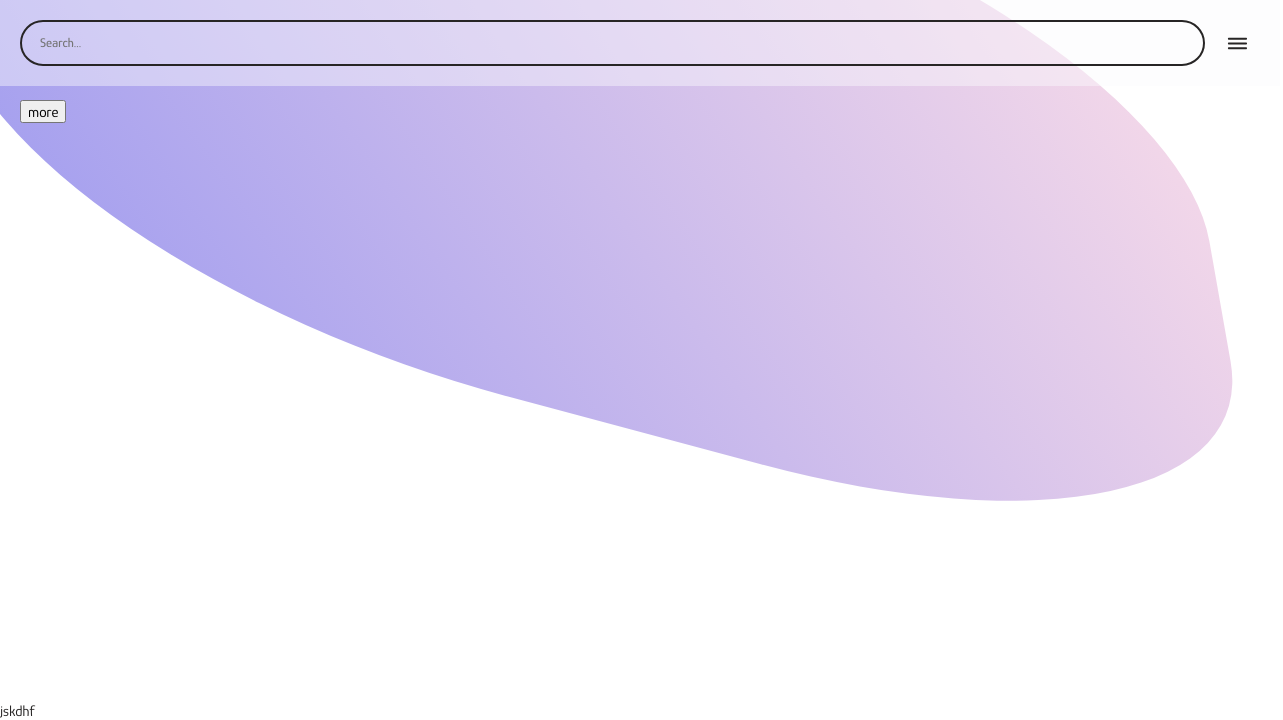
Repository: Axeliriya/my-test
Page: /
These files come from the project's save history. The page is drawn as it stood at one moment and after the next save; the edit follows.
The browser window is 1280 px wide. The page is 1280 px wide, then 1283 px, so the pictures cover 1283 px, including what lies to the right of the window. The pictures show the whole page.
The page's requests for data from a server got no answer. The project was rebuilt for these pictures with package versions that can differ from the ones it lists, and the page was loaded fresh each time. No one was signed in, and anything a server would have sent is missing. Also part of the build but not shown: src/components/ProductList/ProductList.tsx, src/components/ProductItem/ProductItem.tsx.

Above is the page before, as saved 2022-04-05 15:51:25.

After the next save:
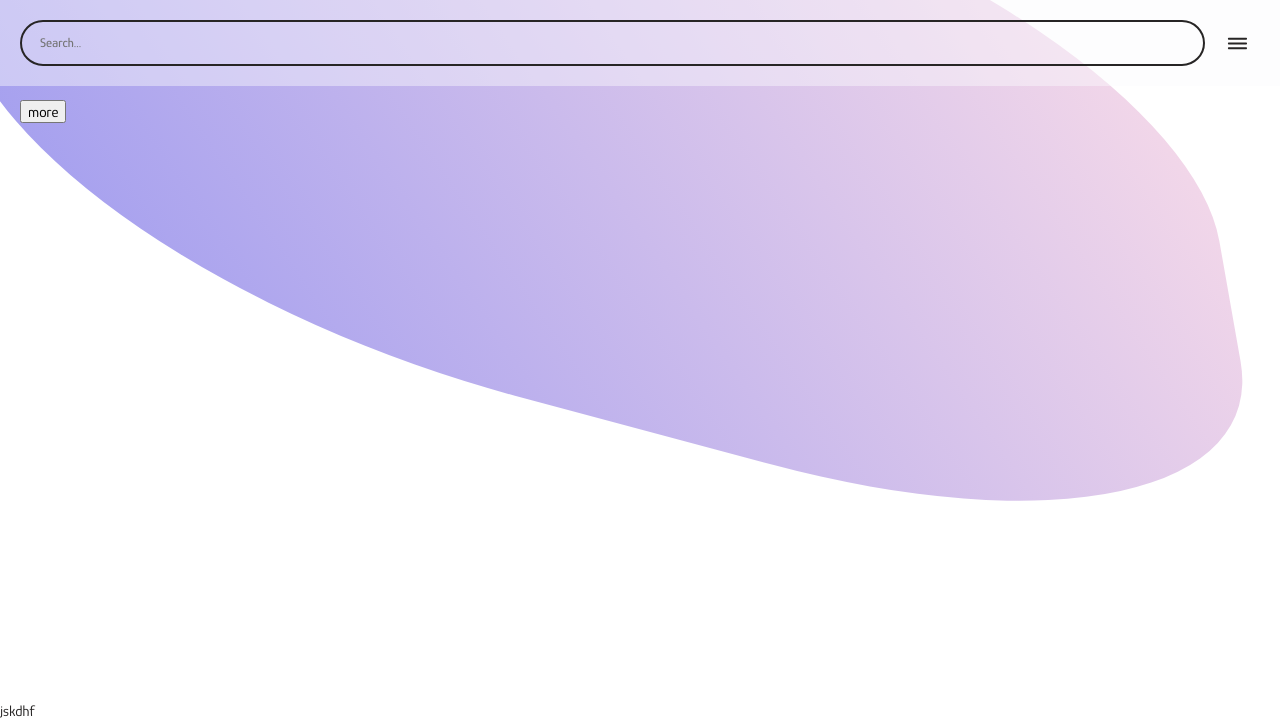
Saved 7 s later.
--- a/src/components/Main/Main.module.scss
+++ b/src/components/Main/Main.module.scss
@@ -8,7 +8,7 @@
 .bg {
   position: absolute;
   top: -20px;
-  left: -60px;
+  left: -50px;
   z-index: -1;
   width: 100%;
   height: 300px;
